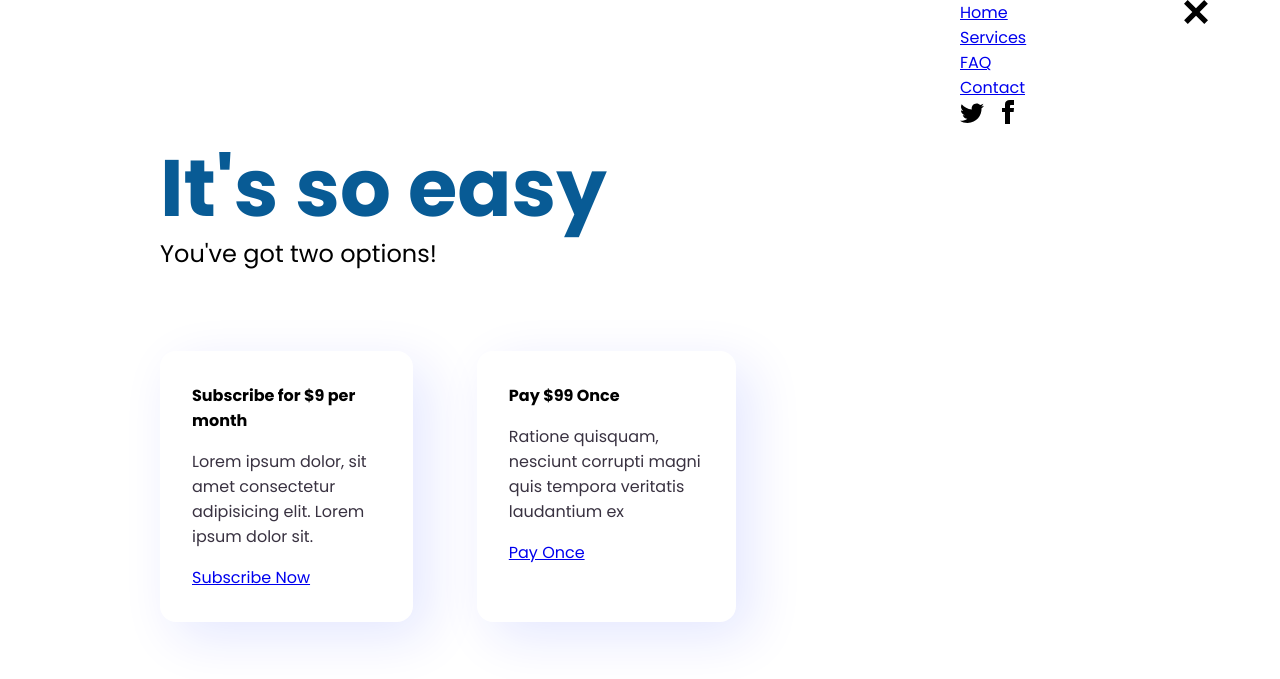
Repository: Hyperion72R/Animated-Navigation
Page: index.html
These files come from the project's save history. The page is drawn as it stood at one moment and after a run of saves; the edit follows.
The browser window is 1280 px wide. The pictures show the whole page.
The style sheet was rebuilt from its Sass, Less or Tailwind sources for each picture, by a compiler version that may differ from the author's.

Above is the page before, as saved 2021-08-25 16:08:31.

### index.html
<!DOCTYPE html>
<html lang="en">
  <head>
    <meta charset="UTF-8" />
    <meta http-equiv="X-UA-Compatible" content="IE=edge" />
    <meta name="viewport" content="width=device-width, initial-scale=1.0" />
    <title>Document</title>
    <link rel="stylesheet" href="css/main.css" />
  </head>
  <body>
    <header>
      <a href="#" class="logo">awesomeservice</a>

      <nav>
        <ul>
          <li><a href="#">Home</a></li>
          <li><a href="#">Services</a></li>
          <li><a href="#">FAQ</a></li>
          <li class="active"><a href="#">Become a member</a></li>
        </ul>
      </nav>
    </header>

    <section>
      <h1>Go Big or Go Home</h1>
    </section>

    <div class="overlay">
      <div class="left">
        <h2>It's so easy</h2>
        <p class="subhead">You've got two options!</p>

        <div class="cards">
          <div class="card">
            <strong>Subscribe for $9 per month</strong>
            <p>
              Lorem ipsum dolor, sit amet consectetur adipisicing elit. Lorem
              ipsum dolor sit.
            </p>
            <a href="#" class="cta">Subscribe Now</a>
          </div>

          <div class="card">
            <strong>Pay $99 Once</strong>
            <p>
              Ratione quisquam, nesciunt corrupti magni quis tempora veritatis
              laudantium ex
            </p>
            <a href="#" class="cta pay-once">Pay Once</a>
          </div>
        </div>
      </div>

      <div class="middle">
        <ul class="secondary">
          <li><a href="#">Home</a></li>
          <li><a href="#">Services</a></li>
          <li><a href="#">FAQ</a></li>
          <li><a href="#">Contact</a></li>
        </ul>

        <div class="social-nav">
          <a href="" class="twitter"
            ><svg
              xmlns="http://www.w3.org/2000/svg"
              width="32"
              height="32"
              viewBox="0 -1.15 32 32"
            >
              <path
                d="M24 4.557c-.883.392-1.832.656-2.828.775 1.017-.609 1.798-1.574 2.165-2.724-.951.564-2.005.974-3.127 1.195-.897-.957-2.178-1.555-3.594-1.555-3.179 0-5.515 2.966-4.797 6.045-4.091-.205-7.719-2.165-10.148-5.144-1.29 2.213-.669 5.108 1.523 6.574-.806-.026-1.566-.247-2.229-.616-.054 2.281 1.581 4.415 3.949 4.89-.693.188-1.452.232-2.224.084.626 1.956 2.444 3.379 4.6 3.419-2.07 1.623-4.678 2.348-7.29 2.04 2.179 1.397 4.768 2.212 7.548 2.212 9.142 0 14.307-7.721 13.995-14.646.962-.695 1.797-1.562 2.457-2.549z"
              /></svg
          ></a>
          <a href="" class="facebook"
            ><svg
              xmlns="http://www.w3.org/2000/svg"
              width="32"
              height="32"
              viewBox="0 0 32 32"
            >
              <path
                d="M9 8h-3v4h3v12h5v-12h3.642l.358-4h-4v-1.667c0-.955.192-1.333 1.115-1.333h2.885v-5h-3.808c-3.596 0-5.192 1.583-5.192 4.615v3.385z"
              /></svg
          ></a>
        </div>
      </div>

      <div class="right">
        <svg
          class="exit"
          xmlns="http://www.w3.org/2000/svg"
          width="58"
          height="58"
          viewBox="0 0 58 58"
        >
          <path
            d="M24 20.188l-8.315-8.209 8.2-8.282-3.697-3.697-8.212 8.318-8.31-8.203-3.666 3.666 8.321 8.24-8.206 8.313 3.666 3.666 8.237-8.318 8.285 8.203z"
          />
        </svg>
      </div>
    </div>
  </body>
</html>

### css/main.scss
@import url("https://fonts.googleapis.com/css2?family=Poppins:ital,wght@0,400;0,500;0,600;0,700;0,800;0,900;1,400;1,500;1,600;1,700;1,800;1,900&display=swap");

*,
*:before,
*::after {
  box-sizing: border-box;
}

body::after {
  content: "";
  display: block;
  width: 100%;
  //   height: 108%;
  height: 100%;
  //   background-color: rgba(51, 51, 51, 0.5);
  background: rgba(38, 73, 91, 0.8);

  position: absolute;
  top: 0;
  left: 0;
  right: 0;
  bottom: 0;
  z-index: -10;
}

body {
  height: 100vh;
  //   background: #8000ff url("../assets/images/bg.jpg");
  //   background: linear-gradient(rgba(4, 230, 168, 0.8), rgba(44, 189, 230, 0.8)),
  //     url("../assets/images/bg.jpg");
  background: url("../assets/images/bg.jpg");
  //   object-fit: scale-down;
  background-size: cover;
  color: white;
  font-family: "Poppins";
  margin: 0;
  //   background-position: center;
  //   padding: 0;
  //   overflow: hidden;
  background-repeat: no-repeat;
}

ul {
  list-style-type: none;
  margin: 0;
  padding: 0;
}

section,
header {
  width: 70%;
  margin: 0 auto;
}

// .social-nav,
// .right {
//   display: none;
// }

header {
  display: flex;
  justify-content: space-between;
  align-items: center;

  a {
    color: white;
    text-decoration: none;
    padding: 2em;
  }

  a.logo {
    font-weight: bold;
    font-size: 1.25rem;
    padding: 0;
  }

  nav ul {
    display: flex;

    a {
      padding: 2.5em 1.5em;
      display: block;
    }

    li.active a {
      font-weight: bold;
      background: white;
      color: black;
      margin-left: 2em;
      padding: 2.5em;
    }
  }
}

h1 {
  font-size: 4rem;
  width: 40%;
  line-height: 5rem;
  // margin-left: 1.2em;
  margin-left: 2em;
  margin-top: 2.8em;
  // margin-top: 1.4em;
}

//  Overlay

.overlay {
  position: fixed;
  height: 100vh;
  background: white;
  top: 0;
  left: 0;
  width: 100%;
  display: grid;
  grid-template-columns: 75% auto 6em;
}

.left,
.right,
.middle {
  height: 100vh;
}

h2 {
  color: #085b95;
  font-size: 5rem;
  margin: 0;
}

.left {
  padding: 8em 10em;

  p.subhead {
    color: black;
    font-size: 1.5rem;
    margin-top: -0.5em;
  }
}

.cards {
  display: flex;
  margin-top: 5em;

  .card {
    padding: 2em;
    box-shadow: 15px 15px 53px rgba(0, 38, 255, 0.11);
    border-radius: 1em;
    margin-right: 4em;

    strong {
      color: black;
    }

    p {
      color: #393241;
    }
  }
}

After the next 3 saves:
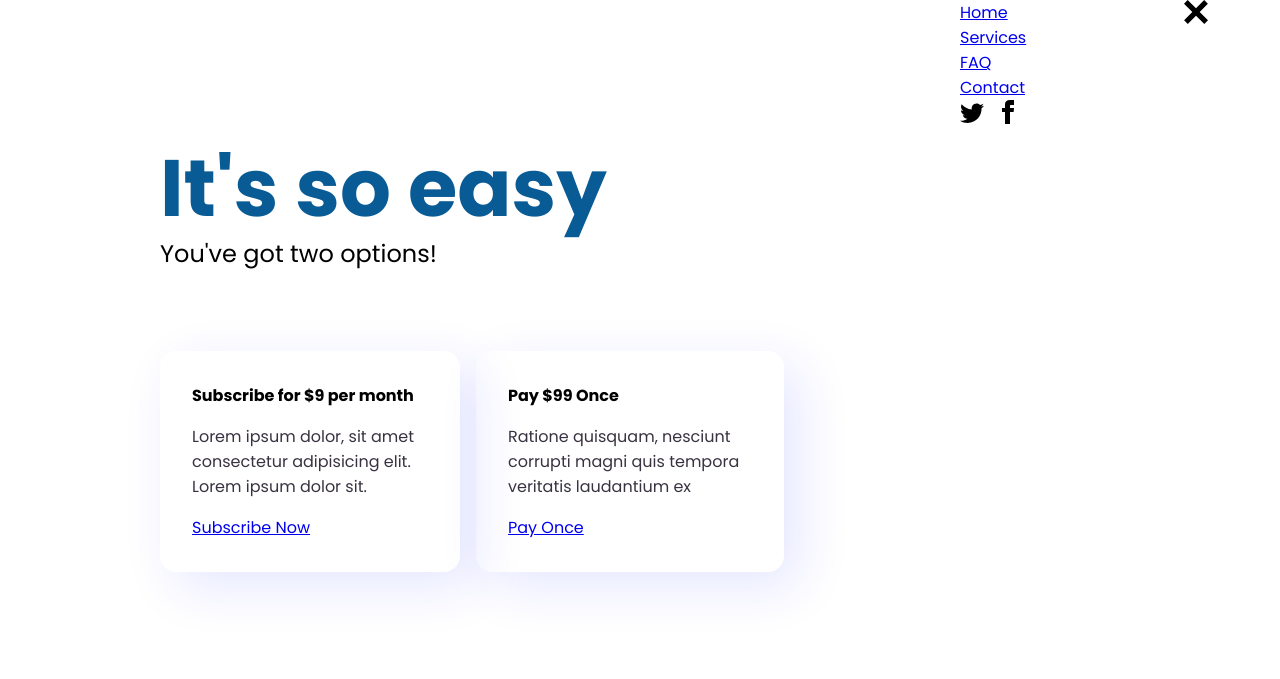
The 3 saves are shown as one change because they came seconds apart.
The last was saved 29 s later.
--- a/css/main.scss
+++ b/css/main.scss
@@ -145,7 +145,7 @@ h2 {
     padding: 2em;
     box-shadow: 15px 15px 53px rgba(0, 38, 255, 0.11);
     border-radius: 1em;
-    margin-right: 4em;
+    margin-right: 1em;
 
     strong {
       color: black;
